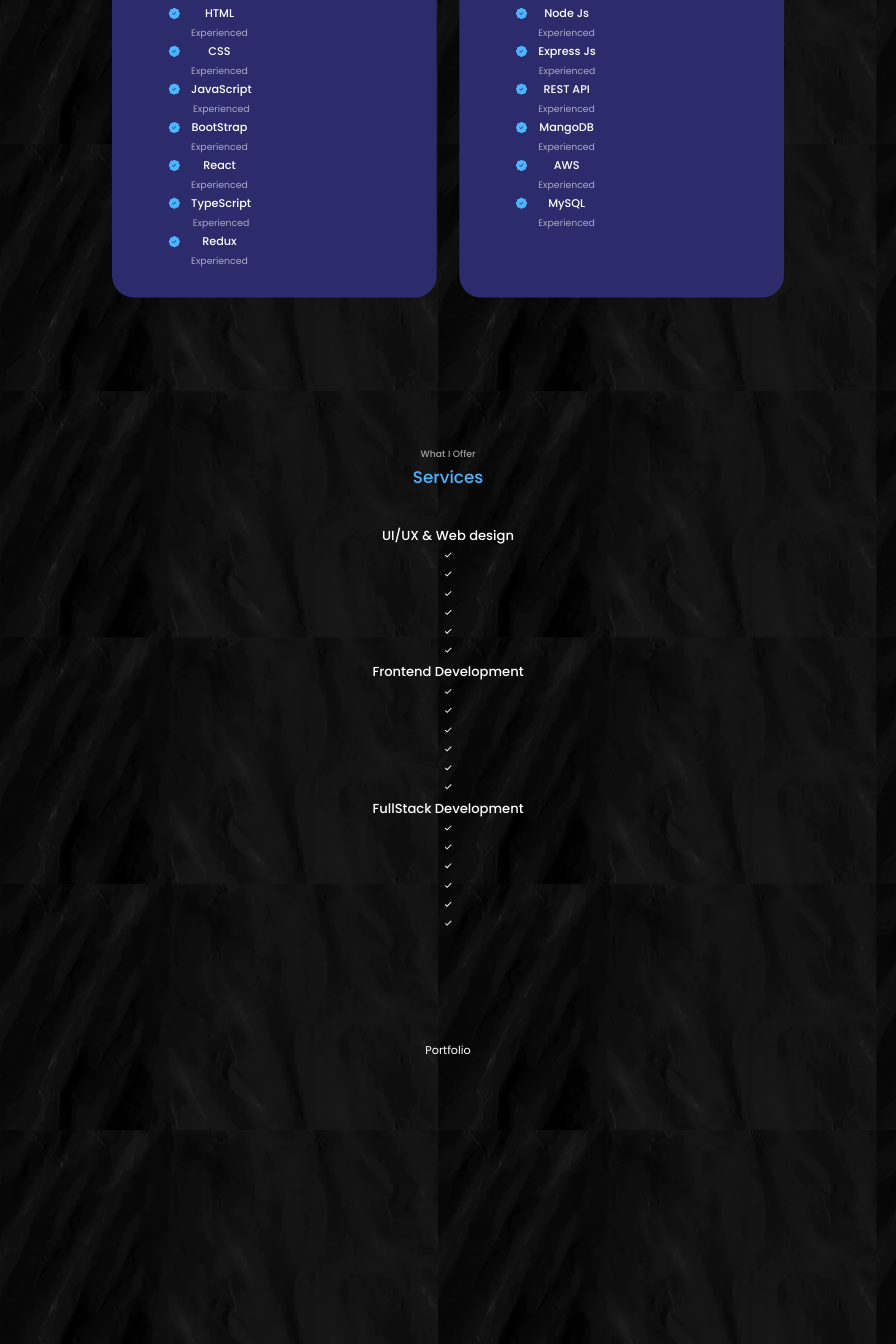
Repository: mayuri2018/Mr_react_portfolio
Page: /
An editor plug-in stored every save of this project. The page is shown before and after the next save, followed by the edit.
The browser window is 1280 px wide. The pictures show the part of the page from y = 1905 to 3825 px (the page is 5835 px tall), at 70% of full size.
The project was rebuilt for these pictures with package versions that can differ from the ones it lists, and the page was loaded fresh each time. Also part of the build but not shown: src/components/portfolio/portfolio.css, src/components/testimonials/testimonials.css, src/components/contact/contact.css, src/components/footer/footer.css.

Above is the page before, as saved 2023-01-25 14:54:23.

After the next save:
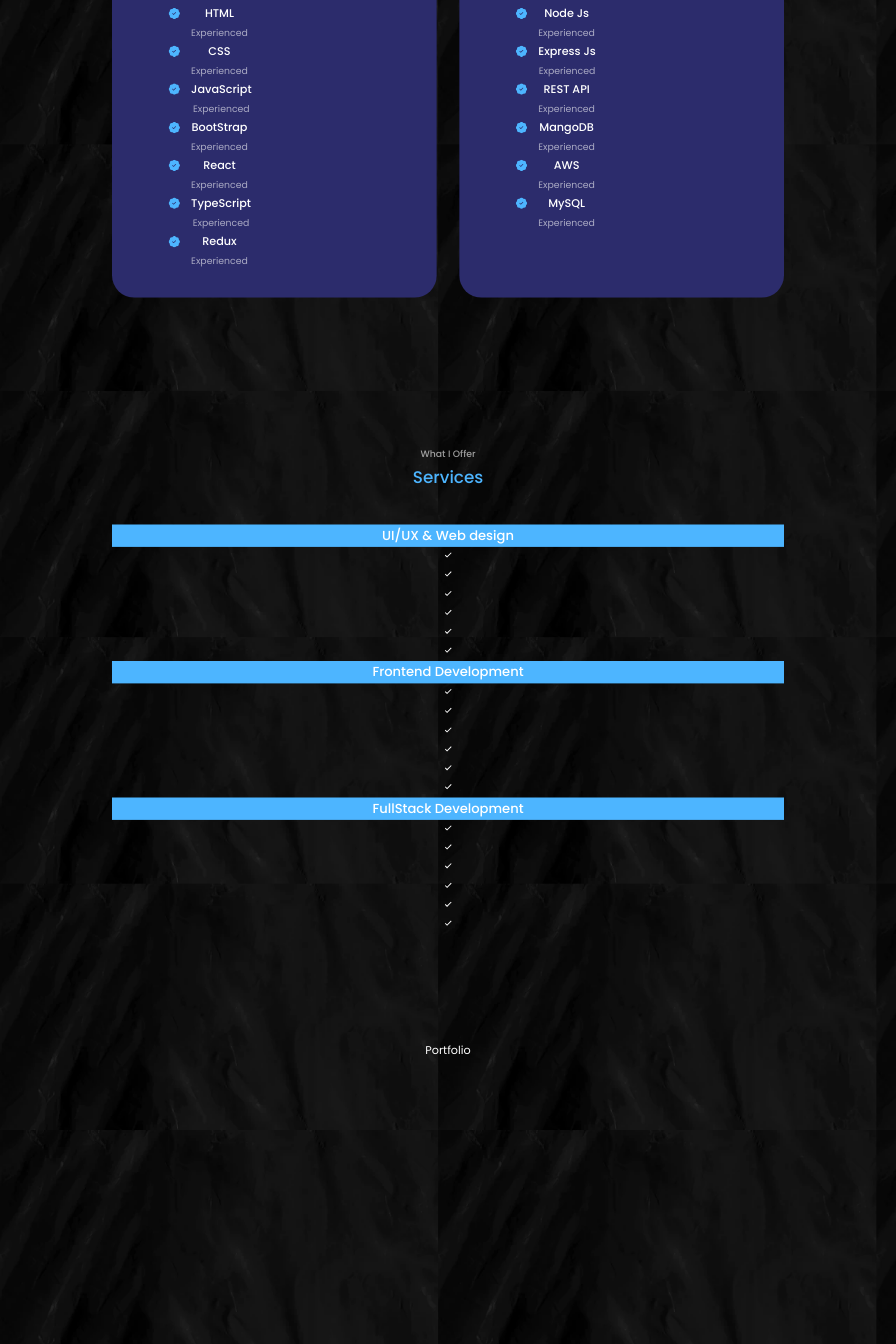
Saved 107 s later.
--- a/src/components/services/services.css
+++ b/src/components/services/services.css
@@ -9,3 +9,11 @@
     height: fit-content;
     transition: var(--transition);
 }
+.services:hover{
+    background: transparent;
+    border-color: var(--color-primary-variant);
+    cursor: default;
+}
+.service_head{
+    background: var(--color-primary);
+}
